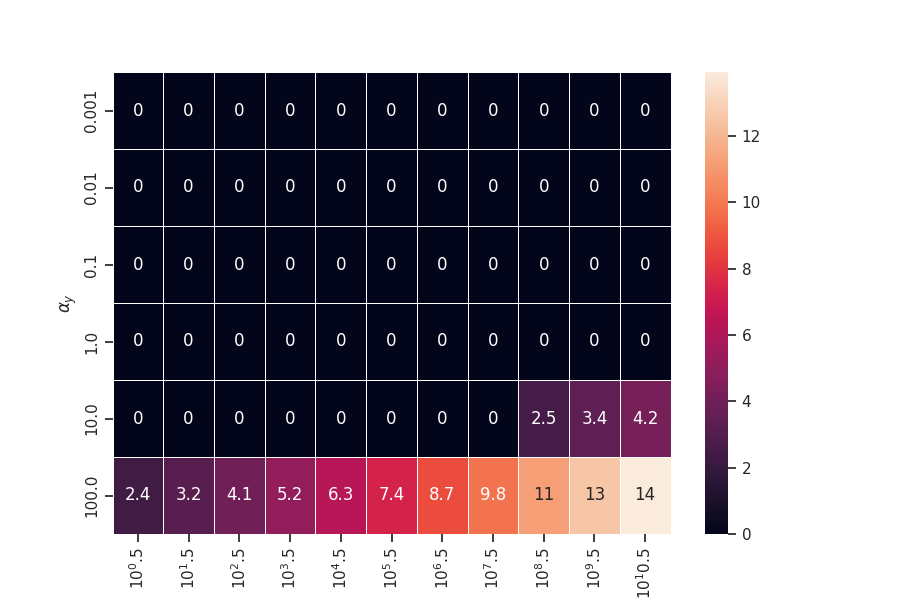
Repository: impermast/recombination
Script's output: python raschet/rec.py
These files come from the project's save history. The script's output is drawn as it stood at one moment and after the next save; the edit follows.
Random numbers start from a fixed seed.

Above is the script's output before, as saved 2023-05-13 20:08:58.

After the next save:
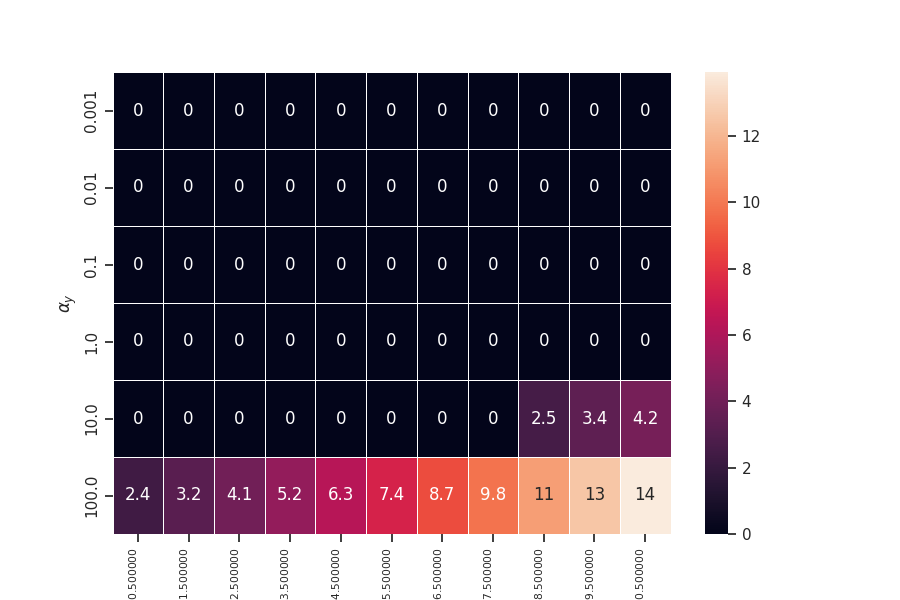
Saved 84 s later.
--- a/raschet/rec.py
+++ b/raschet/rec.py
@@ -110,8 +110,7 @@ def graph(T,r1,r2,rlim):
     plt.show()
     print("graphs")
 def funcForFormatter(x, pos):
-    print(pos)
-    a = '$10^{}$'.format(x)
+    a = '$10^{%f}$'%(x)
     return a
 def kriteria(alp_range,m_range):
     global alpha,ma,err
